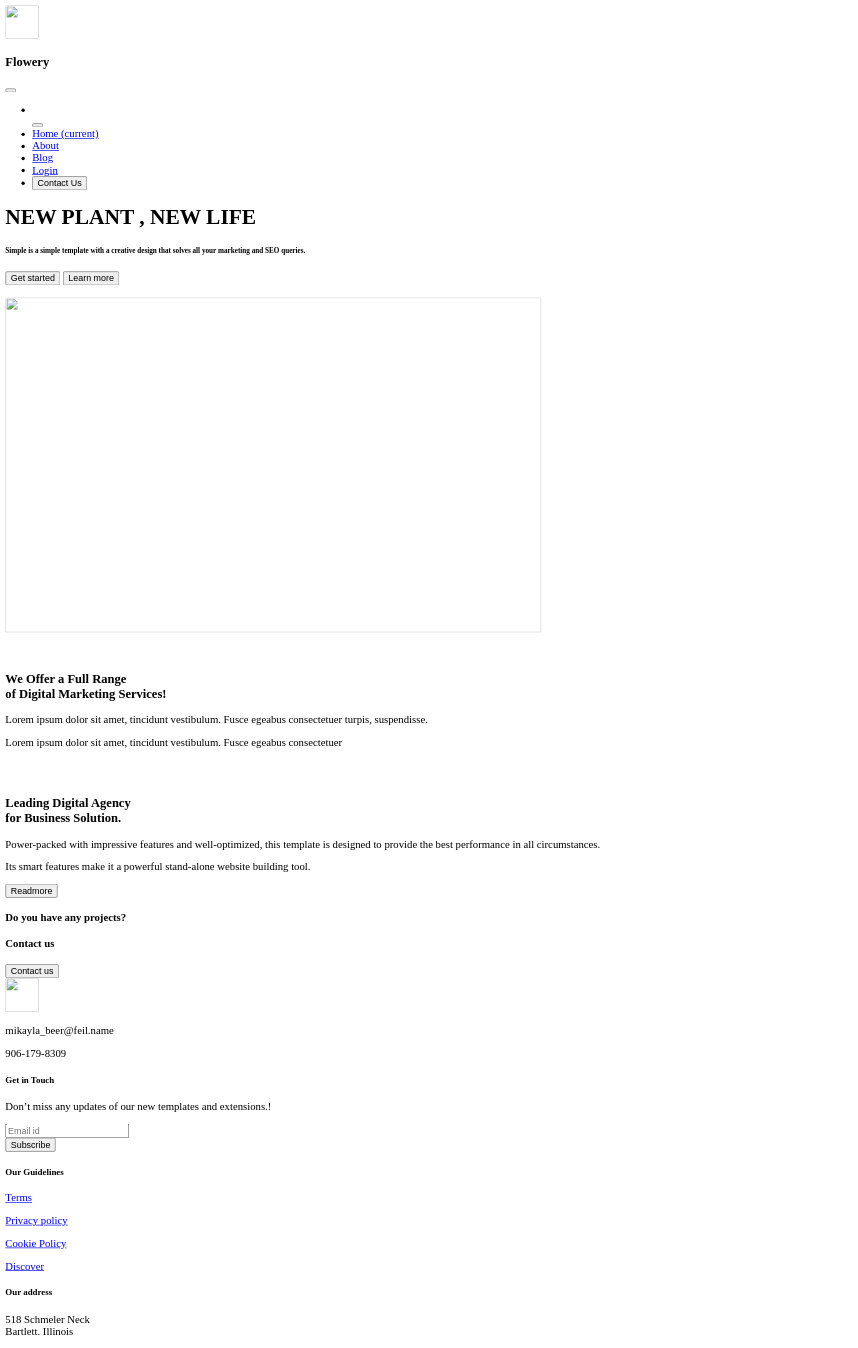
Repository: sara55m/Login
Page: http://localhost/welcome
The author's editor kept a copy of each file at every save. The page is drawn from the files as they stood at one save, then again after the next save.
The browser window is 1280 px wide. The pictures show the whole page, at 67% of full size.
The page is served by the project's Laravel application, run on PHP 8.4 with Laravel 10. Other server files are loaded and not shown.

Above is the page before, as saved 2024-03-03 23:32:37.

### routes/web.php
<?php

use Illuminate\Support\Facades\Route;
use App\Http\Controllers\RegisterController;
use App\Http\Controllers\LoginController;

/*
|--------------------------------------------------------------------------
| Web Routes
|--------------------------------------------------------------------------
|
| Here is where you can register web routes for your application. These
| routes are loaded by the RouteServiceProvider and all of them will
| be assigned to the "web" middleware group. Make something great!
|
*/

Route::get('/welcome', function () {
    return view('welcome');
});


Route::get('/register', [RegisterController::class,'create']);


Route::post('/register/store', [RegisterController::class,'store']);

Route::get('/login', [LoginController::class,'create']);

Route::post('/login/store', [LoginController::class,'store']);

### resources/views/welcome.blade.php
<!DOCTYPE html>
<html lang="en">
<head>
  <title>Simple landing page</title>
  <meta charset="UTF-8">
  <meta name="viewport" content="width=device-width, initial-scale=1.0">
  <meta http-equiv="X-UA-Compatible" content="ie=edge">
  {{-- <link rel="stylesheet" href="vendors/owl-carousel/css/owl.carousel.min.css">
  <link rel="stylesheet" href="vendors/owl-carousel/css/owl.theme.default.css">
  <link rel="stylesheet" href="vendors/mdi/css/materialdesignicons.min.css">
  <link rel="stylesheet" href="vendors/aos/css/aos.css"> --}}
  <link rel="stylesheet" href="css/style.min.css">
</head>
<body id="body" data-spy="scroll" data-target=".navbar" data-offset="100">
  <!---------------------------------------------------Header Section------------------------------------------------->
  <header id="header-section">
    <nav class="navbar navbar-expand-lg pl-3 pl-sm-0" id="navbar">
    <div class="container">
      <div class="navbar-brand-wrapper d-flex w-100">
        <img src="images/plant2.png" height="50" width="50"  alt="">
        <h3 class="nav-link">Flowery</h3>
        <button class="navbar-toggler ml-auto" type="button" data-toggle="collapse" data-target="#navbarSupportedContent" aria-controls="navbarSupportedContent" aria-expanded="false" aria-label="Toggle navigation">
          <span class="mdi mdi-menu navbar-toggler-icon"></span>
        </button>
      </div>
      <div class="collapse navbar-collapse navbar-menu-wrapper" id="navbarSupportedContent">
        <ul class="navbar-nav align-items-lg-center align-items-start ml-auto">
          <li class="d-flex align-items-center justify-content-between pl-4 pl-lg-0">
            <div class="navbar-collapse-logo">
              <img src="images/Group2.svg" alt="">
            </div>
            <button class="navbar-toggler close-button" type="button" data-toggle="collapse" data-target="#navbarSupportedContent" aria-controls="navbarSupportedContent" aria-expanded="false" aria-label="Toggle navigation">
              <span class="mdi mdi-close navbar-toggler-icon pl-5"></span>
            </button>
          </li>
          <li class="nav-item">
            <a class="nav-link" href="#header-section">Home <span class="sr-only">(current)</span></a>
          </li>
          <li class="nav-item">
            <a class="nav-link" href="#features-section">About</a>
          </li>
          <li class="nav-item">
            <a class="nav-link" href="#digital-marketing-section">Blog</a>
          </li>
          <li class="nav-item">
            <a class="nav-link" href="/login">Login</a>
          </li>
          <li class="nav-item btn-contact-us pl-4 pl-lg-0">
            <button class="btn btn-info" data-toggle="modal" data-target="#exampleModal">Contact Us</button>
          </li>
        </ul>
      </div>
    </div>
    </nav>
  </header>

  <!---------------------------------------------------End Of Header Section------------------------------------------------->

  <!---------------------------------------------------Content Section------------------------------------------------->

  <div class="banner" >
    <div class="container">
      <h1 class="font-weight-semibold">NEW PLANT , NEW LIFE</h1>
      <h6 class="font-weight-normal text-muted pb-3">Simple is a simple template with a creative design that solves all your marketing and SEO queries.</h6>
      <div>
        <button class="btn btn-opacity-light mr-1">Get started</button>
        <button class="btn btn-opacity-success ml-1">Learn more</button>
      </div>
      <br/>
      <div class="banner">
      <img src="images/2.jpg" alt="" height="500" width="800"  >
      </div>
    </div>
  </div>
  <br/>
  <br/>
  <div class="content-wrapper">
    <div class="container">
  <section class="digital-marketing-service" id="digital-marketing-section">
    <div class="row align-items-center">
      <div class="col-12 col-lg-7 grid-margin grid-margin-lg-0" data-aos="fade-right">
        <h3 class="m-0">We Offer a Full Range<br>of Digital Marketing Services!</h3>
        <div class="col-lg-7 col-xl-6 p-0">
          <p class="py-4 m-0 text-muted">Lorem ipsum dolor sit amet, tincidunt vestibulum. Fusce egeabus consectetuer turpis, suspendisse.</p>
          <p class="font-weight-medium text-muted">Lorem ipsum dolor sit amet, tincidunt vestibulum. Fusce egeabus consectetuer</p>
        </div>
      </div>
      <div class="col-12 col-lg-5 p-0 img-digital grid-margin grid-margin-lg-0" data-aos="fade-left">
        <img src="images/Group1.png" alt="" class="img-fluid">
      </div>
    </div>
    <div class="row align-items-center">
      <div class="col-12 col-lg-7 text-center flex-item grid-margin" data-aos="fade-right">
        <img src="images/Group2.png" alt="" class="img-fluid">
      </div>
      <div class="col-12 col-lg-5 flex-item grid-margin" data-aos="fade-left">
        <h3 class="m-0">Leading Digital Agency<br>for  Business Solution.</h3>
        <div class="col-lg-9 col-xl-8 p-0">
          <p class="py-4 m-0 text-muted">Power-packed with impressive features and well-optimized, this template is designed to provide the best performance in all circumstances.</p>
          <p class="pb-2 font-weight-medium text-muted">Its smart features make it a powerful stand-alone website building tool.</p>
        </div>
        <button class="btn btn-info">Readmore</button>
      </div>
    </div>
  </section>
  <!---------------------------------------------------End Of Content Section------------------------------------------------->

  <!---------------------------------------------------Footer Section------------------------------------------------->
  <footer>

  <section class="contact-us" id="contact-section">
    <div class="contact-us-bgimage grid-margin" >
      <div class="pb-4">
        <h4 class="px-3 px-md-0 m-0" data-aos="fade-down">Do you have any projects?</h4>
        <h4 class="pt-1" data-aos="fade-down">Contact us</h4>
      </div>
      <div data-aos="fade-up">
        <button class="btn btn-rounded btn-outline-danger">Contact us</button>
      </div>
    </div>
  </section>

  <section class="contact-details" id="contact-details-section">
    <div class="row text-center text-md-left">
      <div class="col-12 col-md-6 col-lg-3 grid-margin ">
        <img src="images/plant2.png" height="50" width="50" alt="" class="pb-2">


        <div class="pt-2">

          <p class="text-muted m-0">mikayla_beer@feil.name</p>
          <p class="text-muted m-0">906-179-8309</p>
        </div>
      </div>
      <div class="col-12 col-md-6 col-lg-3 grid-margin">
        <h5 class="pb-2">Get in Touch</h5>
        <p class="text-muted">Don’t miss any updates of our new templates and extensions.!</p>
        <form>
          <input type="text" class="form-control" id="Email" placeholder="Email id">
        </form>
        <div class="pt-3">
          <button class="btn btn-dark">Subscribe</button>
        </div>
      </div>
      <div class="col-12 col-md-6 col-lg-3 grid-margin">
        <h5 class="pb-2">Our Guidelines</h5>
        <a href="#"><p class="m-0 pb-2">Terms</p></a>
        <a href="#" ><p class="m-0 pt-1 pb-2">Privacy policy</p></a>
        <a href="#"><p class="m-0 pt-1 pb-2">Cookie Policy</p></a>
        <a href="#"><p class="m-0 pt-1">Discover</p></a>
      </div>
      <div class="col-12 col-md-6 col-lg-3 grid-margin">
          <h5 class="pb-2">Our address</h5>
          <p class="text-muted">518 Schmeler Neck<br>Bartlett. Illinois</p>
          <div class="d-flex justify-content-center justify-content-md-start">
            <a href="#"><span class="mdi mdi-facebook"></span></a>
            <a href="#"><span class="mdi mdi-twitter"></span></a>
            <a href="#"><span class="mdi mdi-instagram"></span></a>
            <a href="#"><span class="mdi mdi-linkedin"></span></a>
          </div>
      </div>
    </div>
  </section>
    </div>
  </div>
  </footer>

  <!---------------------------------------------------End Of Footer Section------------------------------------------------->



  {{-- <script src="vendors/jquery/jquery.min.js"></script>
  <script src="vendors/bootstrap/bootstrap.min.js"></script>
  <script src="vendors/owl-carousel/js/owl.carousel.min.js"></script>
  <script src="vendors/aos/js/aos.js"></script> --}}
  <script src="js/landingpage.js"></script>
</body>
</html>

After the next save:
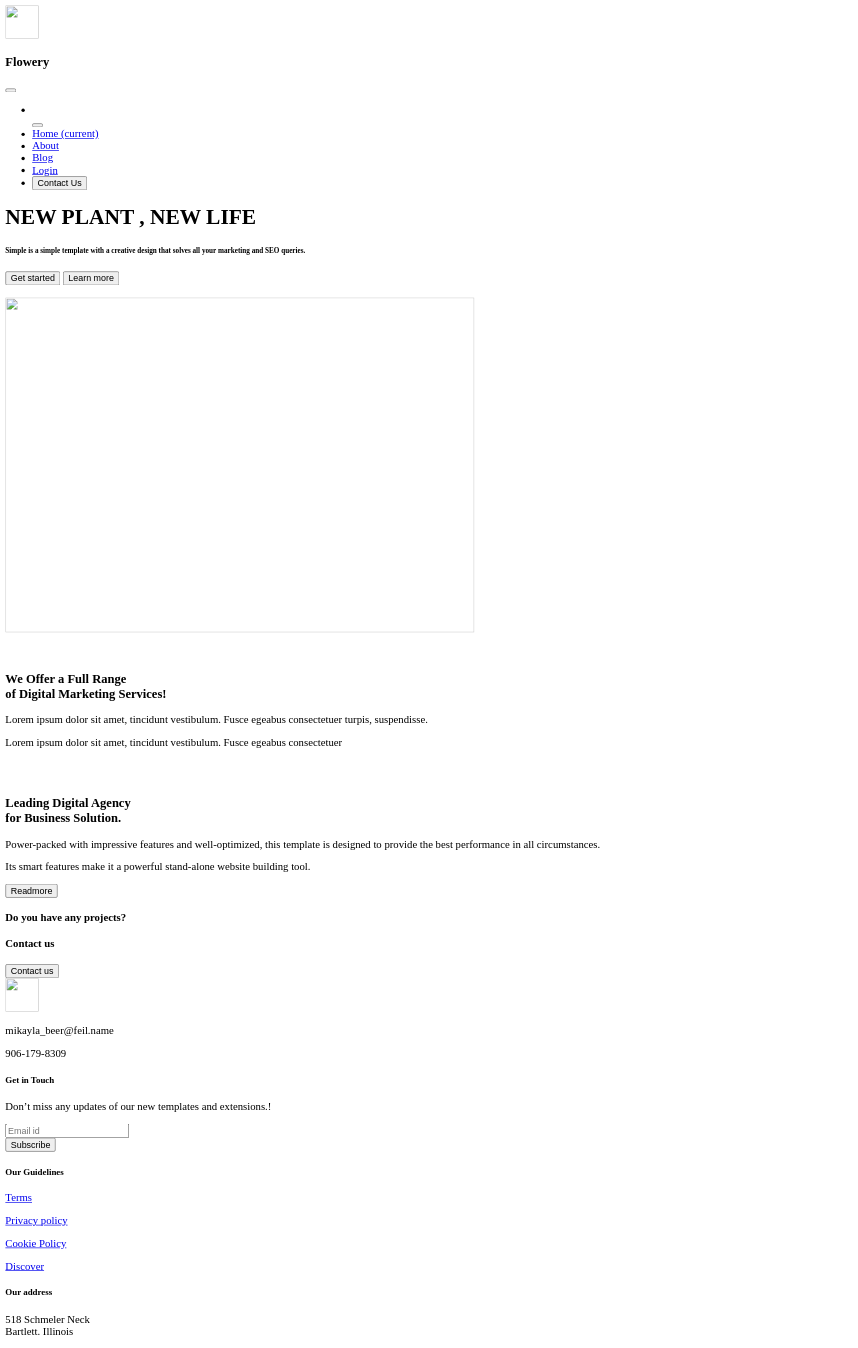
Saved 39 s later.
--- a/resources/views/welcome.blade.php
+++ b/resources/views/welcome.blade.php
@@ -68,7 +68,7 @@
       </div>
       <br/>
       <div class="banner">
-      <img src="images/2.jpg" alt="" height="500" width="800"  >
+      <img src="images/background.jpg" alt="" height="500" width="700"  >
       </div>
     </div>
   </div>
